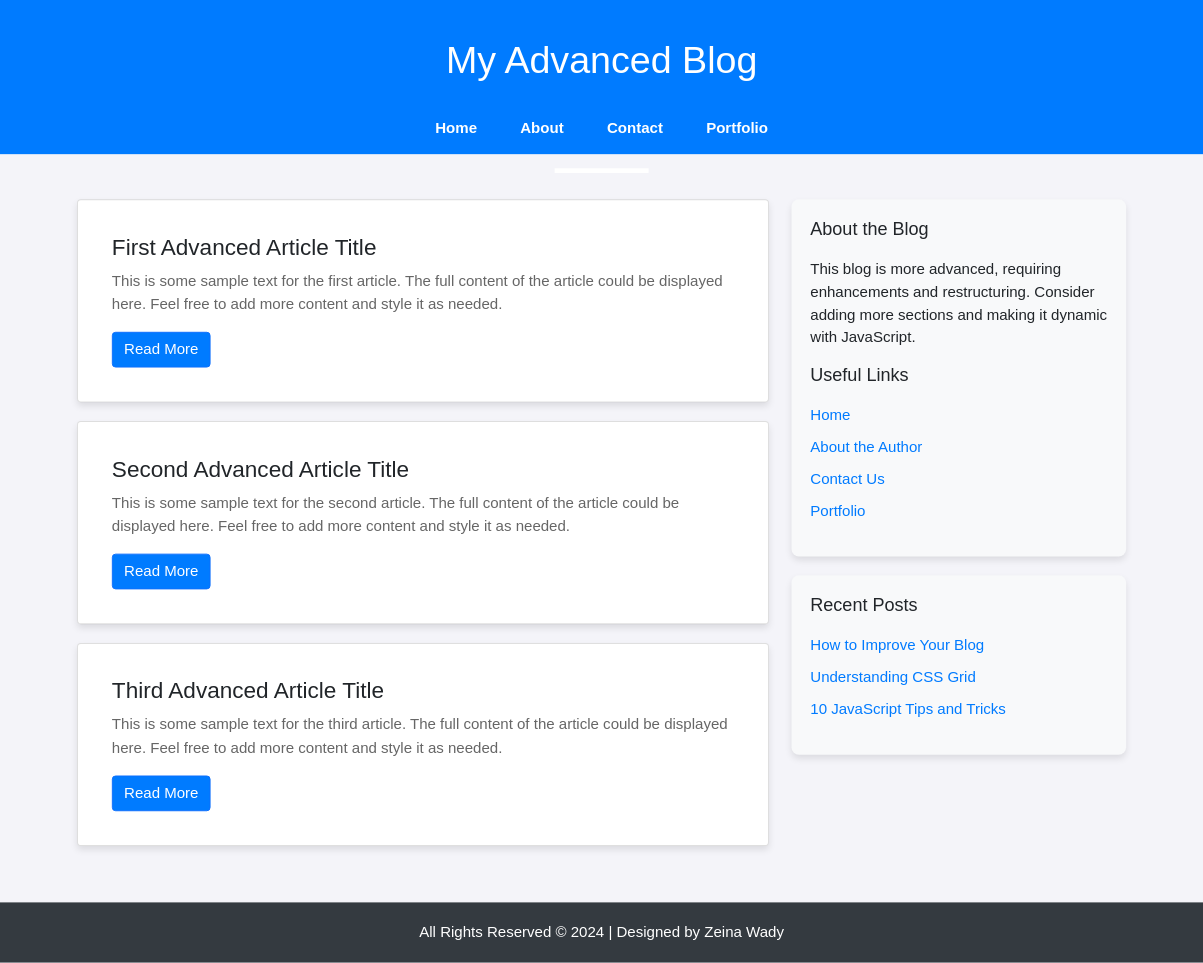
Repository: zeinawady/Blog-Code-Refactoring
Page: index.html
The author's editor kept a copy of each file at every save. The page is drawn from the files as they stood at one save, then again after a run of saves.
The browser window is 1280 px wide. The pictures show the whole page, at 94% of full size.

Above is the page before, as saved 2024-09-23 15:16:12.

### index.html
<!DOCTYPE html>
<html lang="en">
  <head>
    <meta charset="UTF-8" />
    <meta name="viewport" content="width=device-width, initial-scale=1.0" />
    <title>My Advanced Blog</title>

    <link
      href="https://cdn.jsdelivr.net/npm/bootstrap@5.1.3/dist/css/bootstrap.min.css"
      rel="stylesheet"
    />
    <link rel="stylesheet" href="style.css">
  </head>
  <body>
    <header>
      <h1 class="text-center text-white">My Advanced Blog</h1>
      <nav class="navbar navbar-expand-lg bg-body-tertiary">
        <div class="container">
          <button class="navbar-toggler ms-auto" type="button" data-bs-toggle="collapse" data-bs-target="#navbarNavAltMarkup" aria-controls="navbarNavAltMarkup" aria-expanded="false" aria-label="Toggle navigation">
            <span class="navbar-toggler-icon text-white">click</span>
          </button>
          <div class="collapse navbar-collapse justify-content-center" id="navbarNavAltMarkup">
            <div class="navbar-nav">
              <a class="nav-link active text-white" aria-current="page" href="#">Home</a>
              <a class="nav-link text-white" href="#">About</a>
              <a class="nav-link text-white" href="#">Contact</a>
              <a class="nav-link text-white" href="#">Portfolio</a>
            </div>
          </div>
        </div>
      </nav>

    </header>

    <div class="container mt-5">
      <div class="row">
        <div class="col-lg-8">

          <article class="card">
            <div class="card-body">
            <h2 class="card-title">First Advanced Article Title</h2>
            <p class="card-text">
              This is some sample text for the first article. The full content
              of the article could be displayed here. Feel free to add more
              content and style it as needed.
            </p>
            <button class="btn btn-primary">Read More</button>
         </div>
        </article>

        <article class="card">
          <div class="card-body">
          <h2 class="card-title">Second Advanced Article Title</h2>
          <p class="card-text">
            This is some sample text for the second article. The full content
            of the article could be displayed here. Feel free to add more
            content and style it as needed.
          </p>
          <button class="btn btn-primary">Read More</button>
       </div>
      </article>

      <article class="card">
        <div class="card-body">
        <h2 class="card-title">Third Advanced Article Title</h2>
        <p class="card-text">
          This is some sample text for the third article. The full content
          of the article could be displayed here. Feel free to add more
          content and style it as needed.
        </p>
        <button class="btn btn-primary">Read More</button>
     </div>
    </article>
        </div>

        <div class="col-md-4">
          <aside>
            <h3>About the Blog</h3>
            <p>
              This blog is more advanced, requiring enhancements and
              restructuring. Consider adding more sections and making it dynamic
              with JavaScript.
            </p>
            <h3>Useful Links</h3>
            <ul>
              <li><a href="#">Home</a></li>
              <li><a href="#">About the Author</a></li>
              <li><a href="#">Contact Us</a></li>
              <li><a href="#">Portfolio</a></li>
            </ul>
          </aside>
          <aside>
            <h3>Recent Posts</h3>
            <ul>
              <li><a href="#">How to Improve Your Blog</a></li>
              <li><a href="#">Understanding CSS Grid</a></li>
              <li><a href="#">10 JavaScript Tips and Tricks</a></li>
            </ul>
          </aside>
        </div>
      </div>
    </div>

    <footer>
      <p class="text-white text-center m-0">All Rights Reserved © 2024 | Designed by Zeina Wady</p>
    </footer>

    <script src="https://cdn.jsdelivr.net/npm/bootstrap@5.1.3/dist/js/bootstrap.bundle.min.js"></script>
  </body>
</html>

### style.css
body {
    font-family: Arial, sans-serif;
    background-color: #f4f4f9;
  }

  :root{
    --main-color:#007bff;
  }
  a{
    text-decoration: none;
  }
  header {
    background-color: var(--main-color);
    padding-top: 40px;
    position: relative;
  }
  header::after {
    content: "";
    position: absolute;
    bottom: -20px;
    left: 50%;
    transform: translateX(-50%);
    width: 100px;
    height: 5px;
    background-color:white;
  }
  .navbar {
    display: flex;
    justify-content: center;
    margin-top: 20px;
  }
  nav a {
    /* color: white; */
    margin: 0 15px;
    font-weight: bold;
    transition: 0.3s;
  }
  nav a:hover {
    text-decoration: underline;
  }
  article {
    border: 1px solid #ddd;
    margin-bottom: 20px;
    padding: 20px;
    background-color: white;
    box-shadow: 0 4px 8px rgba(0, 0, 0, 0.1);
    transition: transform 0.3s ease, box-shadow 0.3s ease;
  }
  article:hover {
    transform: translateY(-5px);
    box-shadow: 0 8px 16px rgba(0, 0, 0, 0.2);
  }
  article h2 {
    font-size: 1.5rem;
    /* margin-bottom: 15px; */
  }
  article p {
    color: #666;
    line-height: 1.6;
  }
  article .btn-primary {
    background-color:var(--main-color);
    /* border: none; */
  }
  /* article .btn-primary:hover {
    background-color: #0056b3;
  } */
  aside {
    background-color: #f8f9fa;
    padding: 20px;
    border-radius: 8px;
    box-shadow: 0 4px 8px rgba(0, 0, 0, 0.1);
    margin-bottom: 20px;
  }
  aside h3 {
    margin-bottom: 20px;
    font-size: 1.2rem;
  }
  aside ul {
    list-style-type: none;
    padding-left: 0;
  }
  aside ul li {
    margin-bottom: 10px;
  }
  aside ul li a {
    color: var(--main-color);
  }
  aside ul li a:hover {
    text-decoration: underline;
  }
  footer {
    background-color: #343a40;
    padding: 20px;
    margin-top: 40px;
  }

After the next 2 saves:
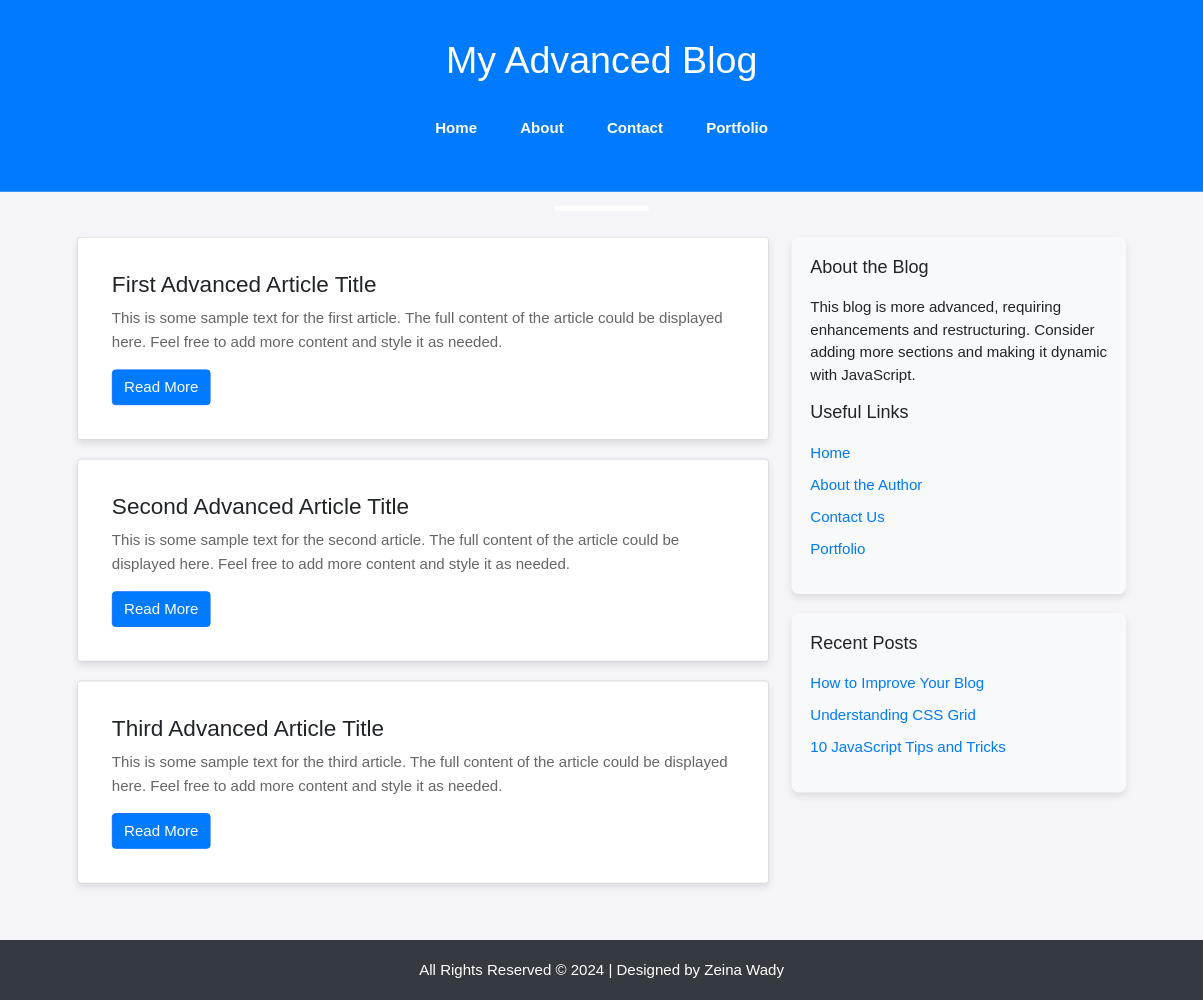
The 2 saves are shown as one change because they came seconds apart.
The last was saved 13 s later.
--- a/style.css
+++ b/style.css
@@ -11,7 +11,7 @@ body {
   }
   header {
     background-color: var(--main-color);
-    padding-top: 40px;
+    padding: 40px 0;
     position: relative;
   }
   header::after {
